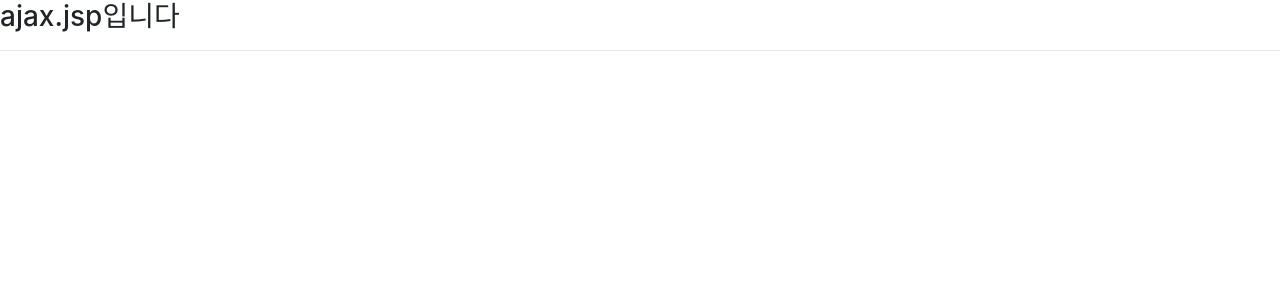
Repository: snowskyblue/SpringEx
Page: http://localhost/1209ajaxEx1/ajax
An editor plug-in stored every save of this project. The page is shown before and after the next save, followed by the edit.
The browser window is 1280 px wide. The pictures show the whole page.
The page is served by Tomcat 9. Other server files are loaded and not shown.

Above is the page before, as saved 2019-12-09 01:06:48.

### 1209ajaxEx1/src/main/webapp/WEB-INF/views/ajax.jsp
<%@ page language="java" contentType="text/html; charset=UTF-8"
    pageEncoding="UTF-8"%>
<%@ taglib prefix="c" uri="http://java.sun.com/jsp/jstl/core" %>
<%@ taglib prefix="x" uri="http://java.sun.com/jsp/jstl/xml" %>
<%@ taglib prefix="fmt" uri="http://java.sun.com/jsp/jstl/fmt" %>
<%@ taglib prefix="sql" uri="http://java.sun.com/jsp/jstl/sql" %>
<%@ taglib prefix="fn" uri="http://java.sun.com/jsp/jstl/functions" %>


<!DOCTYPE html>
<html lang="ko">
<head>
<meta charset="UTF-8">
<meta http-equiv="X-UA-Compatible" content="IE=edge">
<meta name="viewport" content="width=device-width, initial-scale=1.0">
<!--bootstrap -->
<link rel="stylesheet" href="https://maxcdn.bootstrapcdn.com/bootstrap/4.3.1/css/bootstrap.min.css">
<!--font-awesome -->
<link rel="stylesheet" href="https://cdnjs.cloudflare.com/ajax/libs/font-awesome/4.7.0/css/font-awesome.min.css">
<title>Insert title here</title>
</head>
<body>

<h3>ajax.jsp입니다</h3>
<hr/>



<!--jquery -->
<script src="https://ajax.googleapis.com/ajax/libs/jquery/3.4.1/jquery.min.js"></script>
<!--popper -->
<script src="https://cdnjs.cloudflare.com/ajax/libs/popper.js/1.14.7/umd/popper.min.js"></script>
<!--javascript -->
<script src="https://maxcdn.bootstrapcdn.com/bootstrap/4.3.1/js/bootstrap.min.js"></script>
</body>
</html>

After the next save:
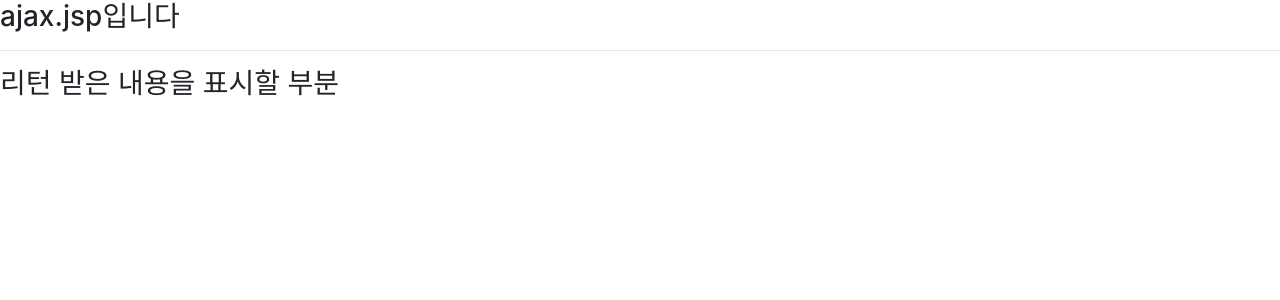
Saved 94 s later.
--- a/1209ajaxEx1/src/main/webapp/WEB-INF/views/ajax.jsp
+++ b/1209ajaxEx1/src/main/webapp/WEB-INF/views/ajax.jsp
@@ -23,7 +23,8 @@
 
 <h3>ajax.jsp입니다</h3>
 <hr/>
-
+<h3>리턴 받은 내용을 표시할 부분</h3>
+<div id="content"></div>
 
 
 <!--jquery -->
